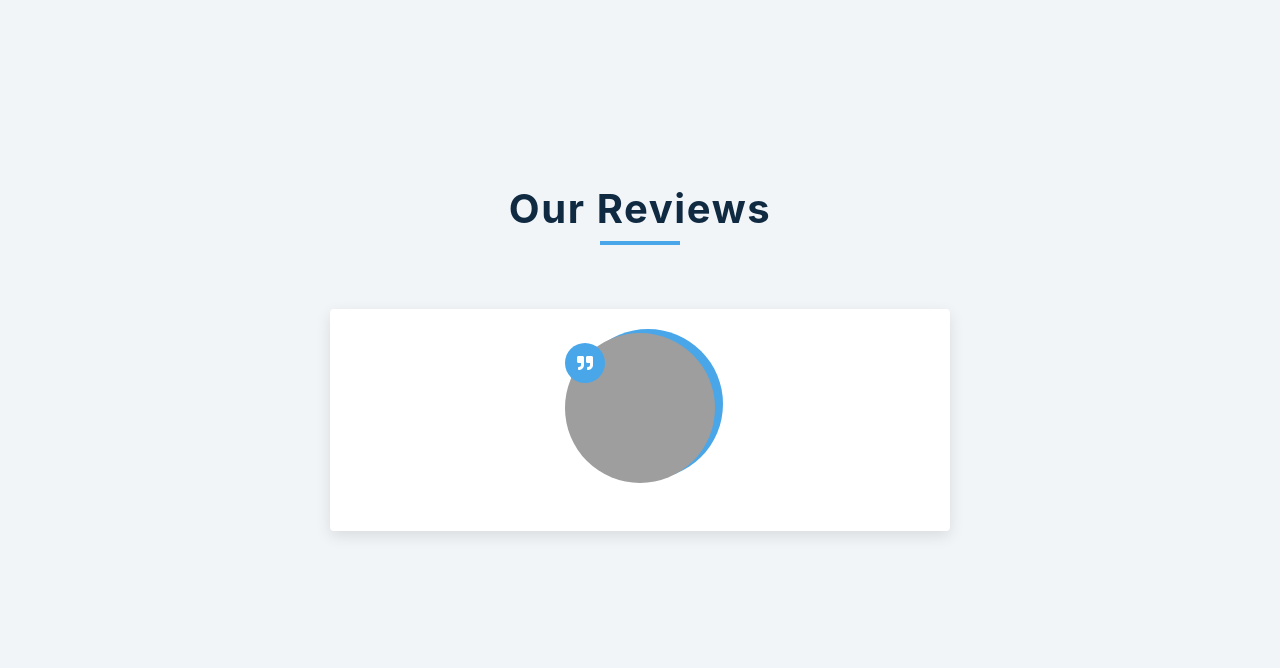
Repository: bodescuanamariia/reviews
Page: /
The author's editor kept a copy of each file at every save. The page is drawn from the files as they stood at one save, then again after the next save.
The browser window is 1280 px wide. The pictures show the whole page.
Pictures or frames that could not be fetched are drawn as grey boxes. The project was rebuilt for these pictures with package versions that can differ from the ones it lists, and the page was loaded fresh each time.

Above is the page before, as saved 2022-04-20 11:37:46.

### src/index.css
/*
===============
Variables
===============
*/

:root {
  /* dark shades of primary color*/
  --clr-primary-1: hsl(205, 86%, 17%);
  --clr-primary-2: hsl(205, 77%, 27%);
  --clr-primary-3: hsl(205, 72%, 37%);
  --clr-primary-4: hsl(205, 63%, 48%);
  /* primary/main color */
  --clr-primary-5: hsl(205, 78%, 60%);
  /* lighter shades of primary color */
  --clr-primary-6: hsl(205, 89%, 70%);
  --clr-primary-7: hsl(205, 90%, 76%);
  --clr-primary-8: hsl(205, 86%, 81%);
  --clr-primary-9: hsl(205, 90%, 88%);
  --clr-primary-10: hsl(205, 100%, 96%);
  /* darkest grey - used for headings */
  --clr-grey-1: hsl(209, 61%, 16%);
  --clr-grey-2: hsl(211, 39%, 23%);
  --clr-grey-3: hsl(209, 34%, 30%);
  --clr-grey-4: hsl(209, 28%, 39%);
  /* grey used for paragraphs */
  --clr-grey-5: hsl(210, 22%, 49%);
  --clr-grey-6: hsl(209, 23%, 60%);
  --clr-grey-7: hsl(211, 27%, 70%);
  --clr-grey-8: hsl(210, 31%, 80%);
  --clr-grey-9: hsl(212, 33%, 89%);
  --clr-grey-10: hsl(210, 36%, 96%);
  --clr-white: #fff;
  --clr-red-dark: hsl(360, 67%, 44%);
  --clr-red-light: hsl(360, 71%, 66%);
  --clr-green-dark: hsl(125, 67%, 44%);
  --clr-green-light: hsl(125, 71%, 66%);
  --clr-black: #222;
  --transition: all 0.3s linear;
  --spacing: 0.1rem;
  --radius: 0.25rem;
  --light-shadow: 0 5px 15px rgba(0, 0, 0, 0.1);
  --dark-shadow: 0 5px 15px rgba(0, 0, 0, 0.2);
  --max-width: 1170px;
  --fixed-width: 620px;
}
/*
===============
Global Styles
===============
*/

*,
::after,
::before {
  margin: 0;
  padding: 0;
  box-sizing: border-box;
}
body {
  font-family: -apple-system, BlinkMacSystemFont, "Segoe UI", Roboto, Oxygen,
    Ubuntu, Cantarell, "Open Sans", "Helvetica Neue", sans-serif;
  background: var(--clr-grey-10);
  color: var(--clr-grey-1);
  line-height: 1.5;
  font-size: 0.875rem;
}
ul {
  list-style-type: none;
}
a {
  text-decoration: none;
}
h1,
h2,
h3,
h4 {
  letter-spacing: var(--spacing);
  text-transform: capitalize;
  line-height: 1.25;
  margin-bottom: 0.75rem;
}
h1 {
  font-size: 3rem;
}
h2 {
  font-size: 2rem;
}
h3 {
  font-size: 1.25rem;
}
h4 {
  font-size: 0.875rem;
}
p {
  margin-bottom: 1.25rem;
  color: var(--clr-grey-5);
}
@media screen and (min-width: 800px) {
  h1 {
    font-size: 4rem;
  }
  h2 {
    font-size: 2.5rem;
  }
  h3 {
    font-size: 1.75rem;
  }
  h4 {
    font-size: 1rem;
  }
  body {
    font-size: 1rem;
  }
  h1,
  h2,
  h3,
  h4 {
    line-height: 1;
  }
}

/*  global classes */

/* section */
.section {
  width: 90vw;
  margin: 0 auto;
  max-width: var(--max-width);
}

@media screen and (min-width: 992px) {
  .section {
    width: 95vw;
  }
}

/*
===============
Reviews
===============
*/
main {
  min-height: 100vh;
  display: grid;
  place-items: center;
}
.title {
  text-align: center;
  margin-bottom: 4rem;
}
.underline {
  height: 0.25rem;
  width: 5rem;
  background: var(--clr-primary-5);
  margin-left: auto;
  margin-right: auto;
}
.container {
  width: 80vw;
  max-width: var(--fixed-width);
}
.review {
  background: var(--clr-white);
  padding: 1.5rem 2rem;
  border-radius: var(--radius);
  box-shadow: var(--light-shadow);
  transition: var(--transition);
  text-align: center;
}
.review:hover {
  box-shadow: var(--dark-shadow);
}
.img-container {
  position: relative;
  width: 150px;
  height: 150px;
  border-radius: 50%;
  margin: 0 auto;
  margin-bottom: 1.5rem;
}
.person-img {
  width: 100%;
  display: block;
  height: 100%;
  object-fit: cover;
  border-radius: 50%;
  position: relative;
}
.quote-icon {
  position: absolute;
  top: 0;
  left: 0;
  width: 2.5rem;
  height: 2.5rem;
  display: grid;
  place-items: center;
  border-radius: 50%;
  transform: translateY(25%);
  background: var(--clr-primary-5);
  color: var(--clr-white);
}
.img-container::before {
  content: "";
  width: 100%;
  height: 100%;
  background: var(--clr-primary-5);
  position: absolute;
  top: -0.25rem;
  right: -0.5rem;
  border-radius: 50%;
}
.author {
  margin-bottom: 0.25rem;
}
.job {
  margin-bottom: 0.5rem;
  text-transform: uppercase;
  color: var(--clr-primary-5);
  font-size: 0.85rem;
}
.info {
  margin-bottom: 0.75rem;
}
.prev-btn,
.next-btn {
  color: var(--clr-primary-7);
  font-size: 1.25rem;
  background: transparent;
  border-color: transparent;
  margin: 0 0.5rem;
  transition: var(--transition);
  cursor: pointer;
}
.prev-btn:hover,
.next-btn:hover {
  color: var(--clr-primary-5);
}
.random-btn {
  margin-top: 0.5rem;
  background: var(--clr-primary-10);
  color: var(--clr-primary-5);
  padding: 0.25rem 0.5rem;
  text-transform: capitalize;
  border-radius: var(--radius);
  transition: var(--transition);
  border-color: transparent;
  cursor: pointer;
}
.random-btn:hover {
  background: var(--clr-primary-5);
  color: var(--clr-primary-1);
}

.icon {
  font-size: 4rem;
  color: red;
}

### src/App.js
import React from "react";
import Review from "./Review";

function App() {
  return (
    <main>
      <section className="container">
        <div className="title">
          <h2>our reviews</h2>
          <div className="underline"></div>
        </div>
        <Review />
      </section>
    </main>
  );
}

export default App;

### src/Review.js
import React, { useState } from "react";
import people from "./data";
import { FaChevronLeft, FaChevronRight, FaQuoteRight } from "react-icons/fa";

const Review = () => {
  const [index, setIndex] = useState(0);
  const { name, job, image, text } = people[index];

  return (
    <article className="review">
      <div className="img-container">
        <img src={image} alt={name} className="person-img" />
        <span className="quote-icon">
          <FaQuoteRight />
        </span>
      </div>
    </article>
  );
};

export default Review;

### src/data.js
const reviews = [
  {
    id: 1,
    name: "susan smith",
    job: "web developer",
    image:
      "https://res.cloudinary.com/diqqf3eq2/image/upload/v1586883334/person-1_rfzshl.jpg",
    text: "I'm baby meggings twee health goth +1. Bicycle rights tumeric chartreuse before they sold out chambray pop-up. Shaman humblebrag pickled coloring book salvia hoodie, cold-pressed four dollar toast everyday carry",
  },
  {
    id: 2,
    name: "anna johnson",
    job: "web designer",
    image:
      "https://res.cloudinary.com/diqqf3eq2/image/upload/v1586883409/person-2_np9x5l.jpg",
    text: "Helvetica artisan kinfolk thundercats lumbersexual blue bottle. Disrupt glossier gastropub deep v vice franzen hell of brooklyn twee enamel pin fashion axe.photo booth jean shorts artisan narwhal.",
  },
  {
    id: 3,
    name: "peter jones",
    job: "intern",
    image:
      "https://res.cloudinary.com/diqqf3eq2/image/upload/v1586883417/person-3_ipa0mj.jpg",
    text: "Sriracha literally flexitarian irony, vape marfa unicorn. Glossier tattooed 8-bit, fixie waistcoat offal activated charcoal slow-carb marfa hell of pabst raclette post-ironic jianbing swag.",
  },
  {
    id: 4,
    name: "bill anderson",
    job: "the boss",
    image:
      "https://res.cloudinary.com/diqqf3eq2/image/upload/v1586883423/person-4_t9nxjt.jpg",
    text: "Edison bulb put a bird on it humblebrag, marfa pok pok heirloom fashion axe cray stumptown venmo actually seitan. VHS farm-to-table schlitz, edison bulb pop-up 3 wolf moon tote bag street art shabby chic. ",
  },
];

export default reviews;

Loaded but not shown: public/index.html (common file); src/index.js (common file)

After the next save:
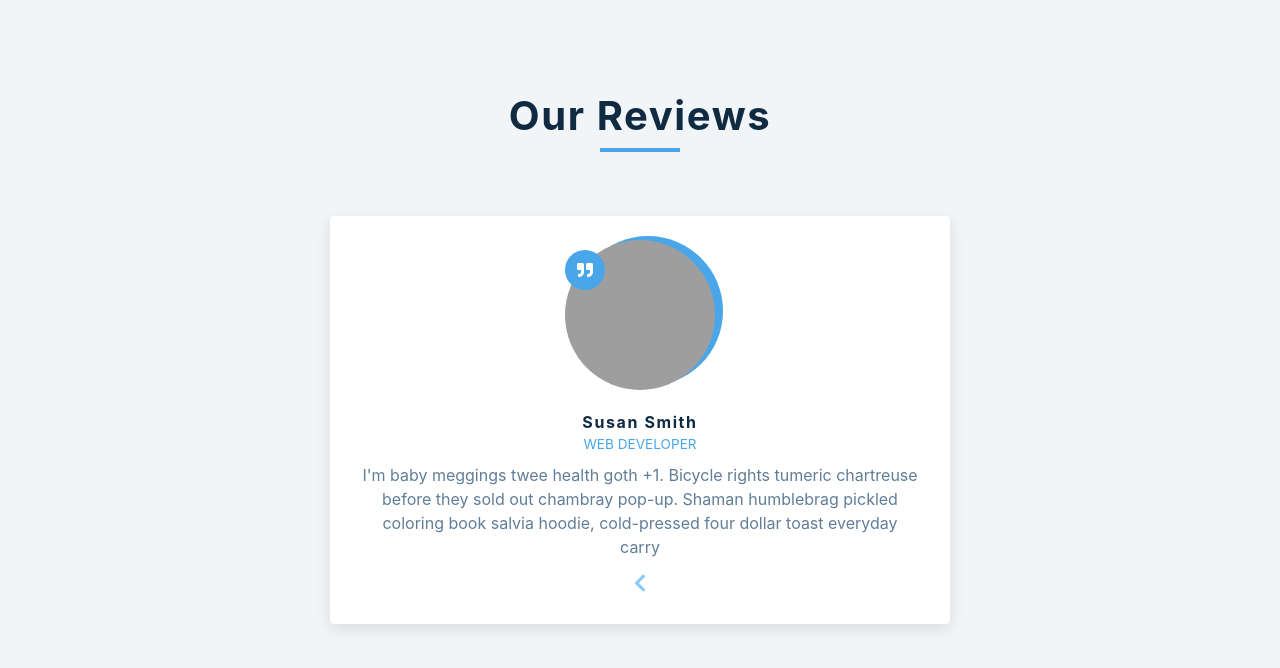
Saved 95 s later.
--- a/src/Review.js
+++ b/src/Review.js
@@ -14,6 +14,14 @@
           <FaQuoteRight />
         </span>
       </div>
+      <h4 className="author">{name}</h4>
+      <p className="job">{job}</p>
+      <p className="info">{text}</p>
+      <div className="button-container">
+        <button className="prev-btn">
+          <FaChevronLeft />
+        </button>
+      </div>
     </article>
   );
 };
